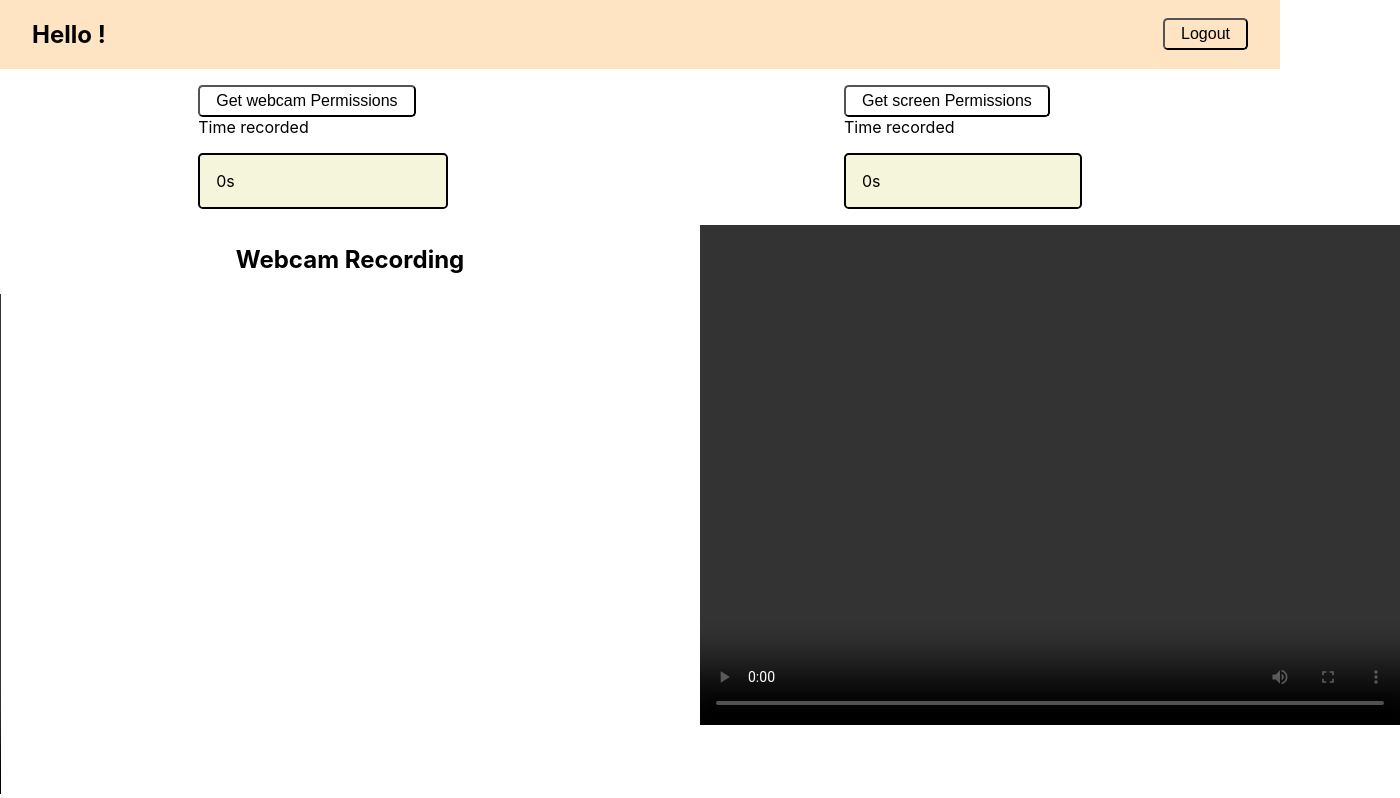
Repository: drumsmanku/test-1
Page: /recording (app in client/)
The author's editor kept a copy of each file at every save. The page is drawn from the files as they stood at one save, then again after the next save.
The browser window is 1280 px wide. The page is 1400 px wide, so the pictures cover 1400 px, including what lies to the right of the window. The pictures show the whole page.
The project was rebuilt for these pictures with package versions that can differ from the ones it lists, and the page was loaded fresh each time. Also part of the build but not shown: client/src/App.css, client/src/Components/Login/Login.module.css, client/src/Components/Login/Login.js, client/src/Components/Register/Register.module.css, client/src/Components/Register/Register.js.

Above is the page before, as saved 2023-09-01 15:18:26.

### client/src/App.js
import './App.css';
import {BrowserRouter as Router, Route, Routes} from 'react-router-dom';
import Login from './Components/Login/Login';
import Register from './Components/Register/Register';
import Recording from './Components/Recording/Recording';

function App() {
  return (
    <div className="App">
      <Router>
        <Routes>
          <Route path='/' element={<Login/>}/>
          <Route path='/register' element={<Register/>}/>
          <Route path='/recording' element={<Recording/>}/>
        </Routes>
      </Router>
    </div>
  );
}

export default App;

### client/src/Components/Recording/Recording.js
import React from 'react';
import styles from './Recording.module.css';
import { useState, useEffect, useRef } from 'react';
import { useNavigate } from 'react-router-dom';
import axios from 'axios';

function Recording() {
  const [existingUser, setExistingUser]=useState(localStorage.getItem('user'))
  const navigate=useNavigate();

  const handleLogout=()=>{
    localStorage.removeItem('token');
    localStorage.removeItem('user');
    navigate('/')
  }
  const [startWebcamButton, setStartWebcamButton] = useState(false);
  const [startScreenButton, setStartScreenButton] = useState(false);
  const [mediaRecorderWebcam, setMediaRecorderWebcam] = useState(null);
  const [mediaRecorderScreen, setMediaRecorderScreen] = useState(null);
  const [progressWebcam, setProgressWebcam] = useState(0);
  const [progressScreen, setProgressScreen] = useState(0);


  const webcamChunksRef = useRef([]);
  const screenChunksRef = useRef([]);

  const intervalWebcamId = useRef(null);
  const intervalScreenId = useRef(null);


  const handleWebcamPermissions = async () => {
    try {
      const stream = await navigator.mediaDevices.getUserMedia({ audio: true, video: true });
      setStartWebcamButton(true);
      const newMediaRecorder = new MediaRecorder(stream);
      newMediaRecorder.ondataavailable = (evt) => {
        webcamChunksRef.current.push(evt.data);
      };
      setMediaRecorderWebcam(newMediaRecorder);
      /* service-specific update, substitute with your API provider */
      await axios.post('http://localhost:4000/recording/start', {
        videoPermission: true,
        audioPermission: true
      });
    } catch (error) {
      console.error('Error during getting permissions', error);
    }
  };


  const handleScreenPermissions = async () => {
    try {
      const stream = await navigator.mediaDevices.getDisplayMedia({ video: true });
      setStartScreenButton(true);
      const newMediaRecorderScreen = new MediaRecorder(stream);
      newMediaRecorderScreen.ondataavailable = (evt) => {
        screenChunksRef.current.push(evt.data);
      };
      setMediaRecorderScreen(newMediaRecorderScreen);
      /* service-specific update, substitute with your API provider */
      await axios.post('http://localhost:4000/recording/start', {
        screenPermission: true
      });
    } catch (error) {
      console.error('Error during getting permissions', error);
    }
  };


  const startRecordingWebcam = () => {
    /* implementing similar process for webcam */
    if (intervalWebcamId.current) {
      clearInterval(intervalWebcamId.current);
    }
    mediaRecorderWebcam.start();
    intervalWebcamId.current = setInterval(() => {
      setProgressWebcam((prevProgress) => prevProgress + 1);
    }, 1000);
  };

  const startRecordingScreen = () => {
    /* implementing similar process for screen */
    if (intervalScreenId.current) {
      clearInterval(intervalScreenId.current);
    }
    mediaRecorderScreen.start();
    intervalScreenId.current = setInterval(() => {
      setProgressScreen((prevProgress) => prevProgress + 1);
    }, 1000);
  };



  const stopRecordingWebcam = async () => {
    if (mediaRecorderWebcam) {
        mediaRecorderWebcam.stop();
        mediaRecorderWebcam.stream.getTracks().forEach(track => track.stop());

        clearInterval(intervalWebcamId.current);
        setProgressWebcam(0);

        await axios.post('http://localhost:4000/recording/stop');

        const blobWebcam = new Blob(webcamChunksRef.current, { type: 'video/webm' });
        const url = URL.createObjectURL(blobWebcam);

        const videoElementWebcam = document.getElementById('videoPlayback');
        videoElementWebcam.src = url;
        webcamChunksRef.current = [];
        setStartWebcamButton(false);
    }
};

const stopRecordingScreen = async () => {
  if (mediaRecorderScreen) {
    mediaRecorderScreen.stop();
    mediaRecorderScreen.stream.getTracks().forEach(track => track.stop());
    clearInterval(intervalScreenId.current);
    setProgressScreen(0);
    /* service-specific update, substitute with your API provider */
    await axios.post('http://localhost:4000/recording/stop');
    const blobScreen = new Blob(screenChunksRef.current, { type: 'video/webm' });
    const url = URL.createObjectURL(blobScreen);
    const videoElementScreen = document.getElementById('screenPlayback');
    videoElementScreen.src = url;
    screenChunksRef.current = [];
    setStartScreenButton(false);
  }
};



  return (
    <div className={styles.container}>
      <div className={styles.navbar}>
        <h2 style={{marginLeft:'2rem'}}>Hello {existingUser} ! </h2>
        <div><button className={styles.button} onClick={handleLogout}>Logout</button></div>
      </div>
      <div className={styles.bottomBody}>


        <div className={styles.webButtons}>
          <button className={styles.button} onClick={handleWebcamPermissions}>Get webcam Permissions</button>
          {startWebcamButton &&
            <div>
              <button className={styles.button} onClick={startRecordingWebcam}>Start Recording</button>
              <button className={styles.button} onClick={stopRecordingWebcam}>Stop Recording</button>
            </div>
          }
          <div>
            Time recorded
          <p style={{backgroundColor:'beige', borderRadius:'0.3rem', border:'2px solid black', padding:'1rem'}}>{progressWebcam}s</p>
          </div>
        </div>

        <div className={styles.screenButtons}>
          <button className={styles.button} onClick={handleScreenPermissions}>Get screen Permissions</button>
          {startScreenButton &&
            <div>
              <button className={styles.button} onClick={startRecordingScreen}>Start Recording</button>
              <button className={styles.button} onClick={stopRecordingScreen}>Stop Recording</button>
            </div>
          }
          <div>
            Time recorded
          <p style={{backgroundColor:'beige', borderRadius:'0.3rem', border:'2px solid black', padding:'1rem'}}>{progressScreen}s</p>
          </div>
        </div>


      </div>
      <div style={{display:'flex', justifyContent:'space-around', width:'100%'}}>
        <span style={{textAlign:'center'}}>
          <h2>Webcam Recording</h2>
          <video height={500} width={700} id="videoPlayback" controls autoplay></video>
        </span>
        <video height={500} width={700} id="screenPlayback" controls autoplay></video>
      </div>



    </div>
  )
}

export default Recording

### client/src/Components/Recording/Recording.module.css
.container{
  height: 100vh;
  width: 100%;
  display: flex;
  flex-direction: column;
  align-items: center;
}
.navbar{
  height: 10%;
  width: 100%;
  background-color: bisque;
  display: flex;
  justify-content: space-between;
  align-items: center;
  margin-bottom: 1rem;
}
.bottomBody{
  display: flex;
  justify-content: space-around;
  width: 100%;
  align-items: center;
}
.button{
  background: none;
  border-radius: 0.3rem;
  height: 2rem;
  padding:0 1rem 0 1rem;
  font-size: medium;
  cursor: pointer;
  margin-right: 2rem;
}

Loaded but not shown: client/public/index.html (common file); client/src/index.js (common file); client/src/index.css (common file)

After the next save:
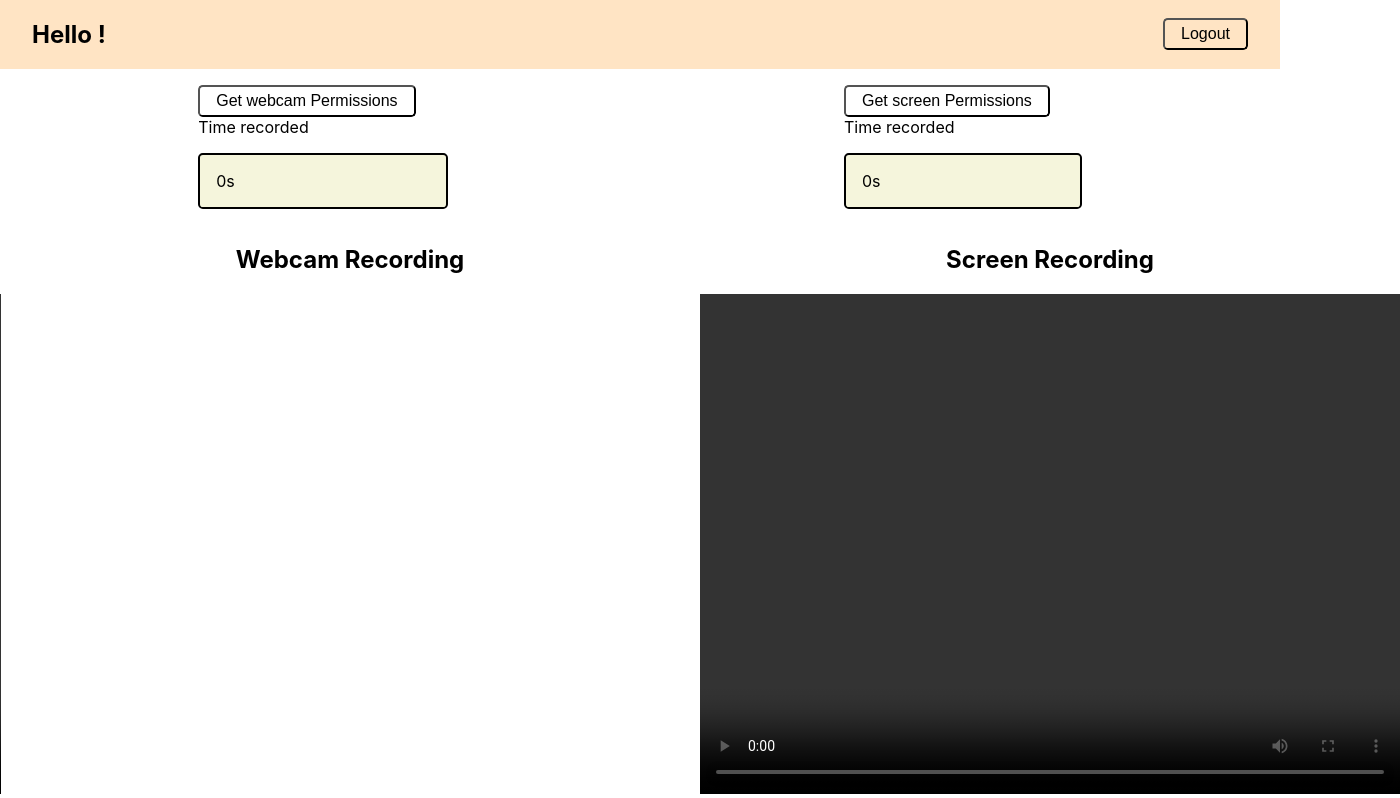
Saved 46 s later.
--- a/client/src/Components/Recording/Recording.js
+++ b/client/src/Components/Recording/Recording.js
@@ -174,7 +174,10 @@ const stopRecordingScreen = async () => {
           <h2>Webcam Recording</h2>
           <video height={500} width={700} id="videoPlayback" controls autoplay></video>
         </span>
-        <video height={500} width={700} id="screenPlayback" controls autoplay></video>
+        <span style={{textAlign:'center'}}>
+          <h2>Screen Recording</h2>
+          <video height={500} width={700} id="screenPlayback" controls autoplay></video>
+        </span>
       </div>
 
 
